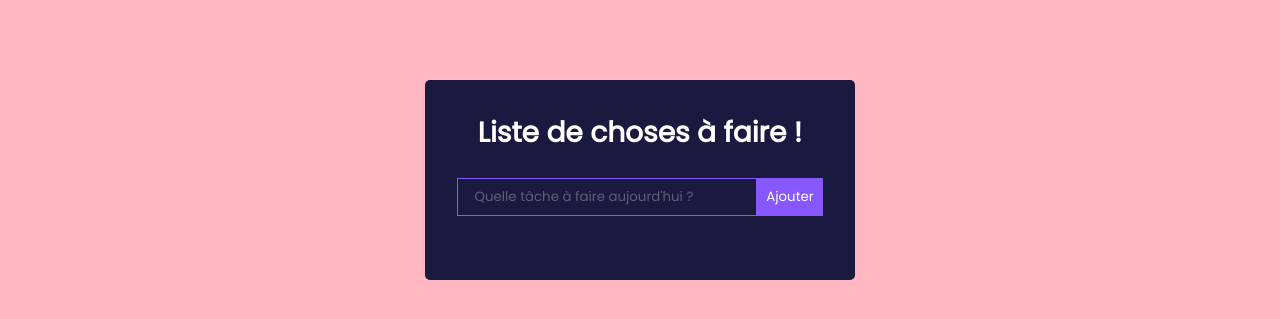
Repository: Loetitia27006/todo_list
Page: /
An editor plug-in stored every save of this project. The page is shown before and after the next save, followed by the edit.
The browser window is 1280 px wide. The pictures show the whole page.
The project was rebuilt for these pictures with package versions that can differ from the ones it lists, and the page was loaded fresh each time. Also part of the build but not shown: src/components/EditTodoForm.js, src/components/Todo.js.

Above is the page before, as saved 2023-08-18 17:33:24.

### public/index.html
<!DOCTYPE html>
<html lang="en">
  <head>
    <meta charset="utf-8" />
    <link rel="icon" href="%PUBLIC_URL%/logo-black.svg" />
    <meta name="viewport" content="width=device-width, initial-scale=1" />
    <meta name="theme-color" content="#000000" />
    <meta
      name="description"
      content="Web site created using create-react-app"
    />
    <link rel="apple-touch-icon" href="%PUBLIC_URL%/logo-black.svg" />
    <!--
      manifest.json provides metadata used when your web app is installed on a
      user's mobile device or desktop. See https://developers.google.com/web/fundamentals/web-app-manifest/
    -->
    <link rel="manifest" href="%PUBLIC_URL%/manifest.json" />
    <!--
      Notice the use of %PUBLIC_URL% in the tags above.
      It will be replaced with the URL of the `public` folder during the build.
      Only files inside the `public` folder can be referenced from the HTML.

      Unlike "/favicon.ico" or "favicon.ico", "%PUBLIC_URL%/favicon.ico" will
      work correctly both with client-side routing and a non-root public URL.
      Learn how to configure a non-root public URL by running `npm run build`.
    -->
    <title>Todo List</title>
  </head>
  <body>
    <noscript>You need to enable JavaScript to run this app.</noscript>
    <div id="root"></div>
    <!--
      This HTML file is a template.
      If you open it directly in the browser, you will see an empty page.

      You can add webfonts, meta tags, or analytics to this file.
      The build step will place the bundled scripts into the <body> tag.

      To begin the development, run `npm start` or `yarn start`.
      To create a production bundle, use `npm run build` or `yarn build`.
    -->
  </body>
</html>

### src/App.css
@import url('https://fonts.googleapis.com/css2?family=Poppins&display=swap');

* {
  font-family: 'Poppins', sans-serif;
  margin: 0;
  padding: 0;
  box-sizing: border-box;
}

body {
  background: #FFB6C1;
  display: flex;
  justify-content: center;
  align-items: center;
}

.App {
  text-align: center;
}

h1 {
  color: #fff;
  margin-bottom: 0.5rem;
  font-size: 1.75rem;
}

.TodoWrapper {
  background: #1A1A40;
  margin-top: 5rem;
  padding: 2rem;
  border-radius: 5px;
}

.TodoForm {
  width: 100%;
}

.todo-input {
  outline: none;
  background: none;
  border: 1px solid #8758ff;
  padding: 0.5rem 1rem;
  margin-top: 1rem;
  margin-bottom: 2rem;
  width: 300px;
  color: #fff;
}

.todo-input::placeholder {
  color: #ffffff4d;
}

.todo-btn {
  background: #8758ff;
  color: #fff;
  border: none;
  padding: 0.55rem;
  cursor: pointer;

}

.Todo {
  display: flex;
  justify-content: space-between;
  align-items: center;
  background: #8758ff;
  color: #fff;
  padding: 0.75rem 1rem;
  border-radius: 5px;
  margin-bottom: 1rem;
  cursor: pointer;
}

.fa-trash {
  margin-left: 0.75rem;
}

.completed {
  color: #c5aeff;
  text-decoration: line-through;
}

### src/components/TodoWrapper.js
import React, {useState} from 'react'
import { TodoForm } from './TodoForm'
import { EditTodoForm } from './EditTodoForm'
import { v4 as uuidv4 } from 'uuid'
import { Todo } from './Todo'
uuidv4()

export const TodoWrapper = () => {

    const [todos, setTodos] = useState([])

    const addTodo = todo =>{
        setTodos([...todos, {id: uuidv4(), task: todo,
        completed: false, isEditing: false}])
        console.log(todos)
    }

    const toggleComplete = id =>{
      setTodos(todos.map(todo => todo.id === id ? {...todo, completed: !todo.completed} : todo))
    }

    const deleteTodo = id => {
      setTodos(todos.filter(todo => todo.id !== id))
    }

    const editTodo = id => {
      setTodos(todos.map(todo => todo.id === id ? {...todo, isEditing: !todo.isEditing}: todo));
    }

    const editTask = (task, id) => {
      setTodos(todos.map(todo => todo.id === id ? {...todo, task, isEditing: !todo.isEditing}: todo));
    }

  return (
    <div className="TodoWrapper">
      <h1>Liste de choses à faire !</h1>
      <TodoForm addTodo={addTodo} />
      {todos.map((todo, index) => (
        todo.isEditing ?(<EditTodoForm editTodo={editTask} task={todo}/>
        ):(
        <Todo task={todo} key={index} toggleComplete={toggleComplete}
        deleteTodo={deleteTodo} editTodo={editTodo}/>
        )
      ))}
    </div>
  );
}

### src/components/TodoForm.js
import React, {useState} from 'react'

export const TodoForm = ({addTodo}) => {

    const [value, setValue] = useState("")
    const handleSubmit = e => {
        e.preventDefault()
        addTodo(value)
        setValue("")
    }

  return (
    <form className='Todoform' onSubmit={handleSubmit}>
        <input type="text" className='todo-input' value={value} placeholder="Quelle tâche à faire aujourd'hui ?"
        onChange={(e)=>setValue(e.target.value)}/>
        <button type='submit' className='todo-btn'>Ajouter</button>
    </form>
  )
}

Loaded but not shown: src/index.js (common file); src/App.js (common file); src/reportWebVitals.js (common file)

After the next save:
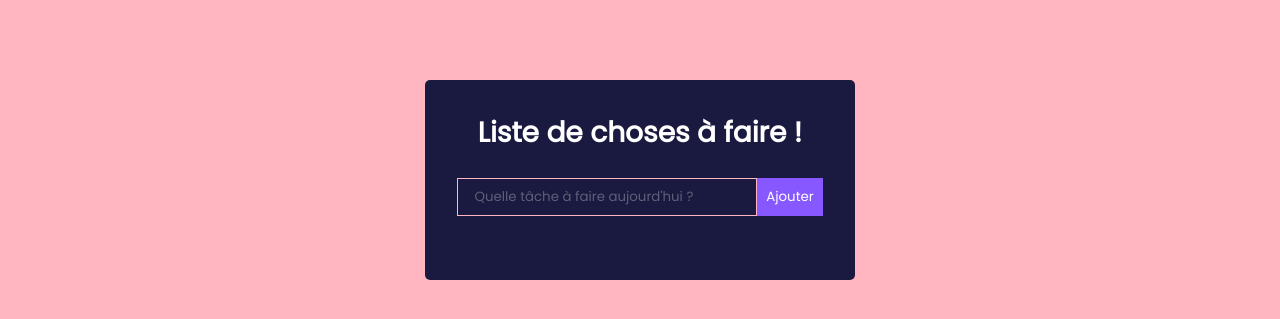
Saved 26 s later.
--- a/src/App.css
+++ b/src/App.css
@@ -38,7 +38,7 @@ h1 {
 .todo-input {
   outline: none;
   background: none;
-  border: 1px solid #8758ff;
+  border: 1px solid #FFB6C1;
   padding: 0.5rem 1rem;
   margin-top: 1rem;
   margin-bottom: 2rem;
